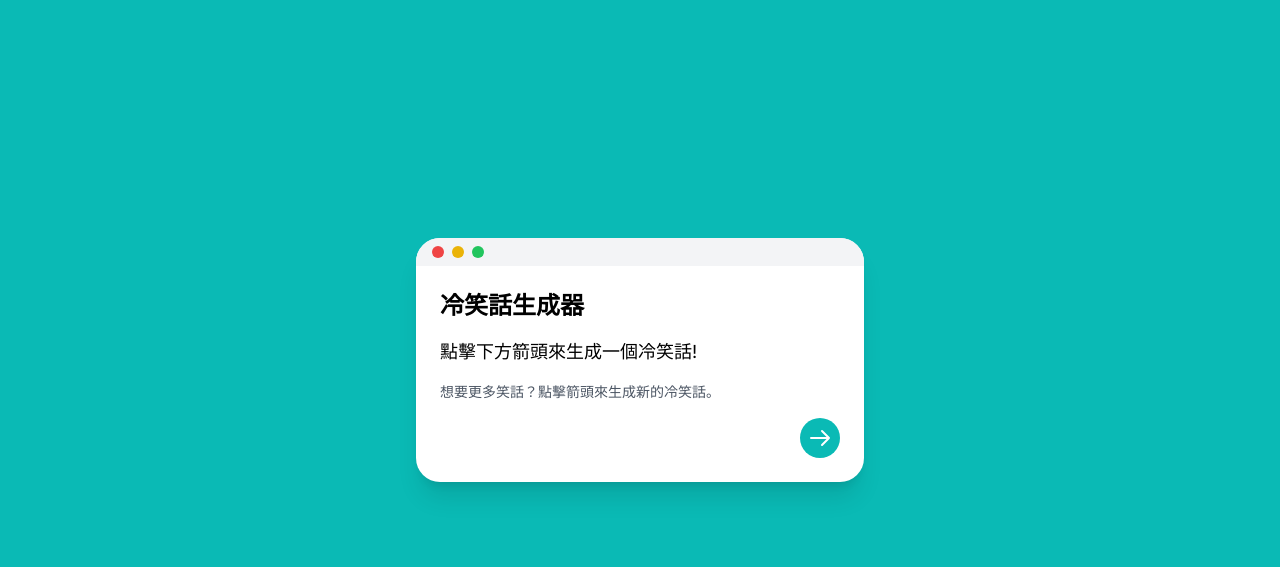
Repository: a7351220/joke-generator
Page: /
An editor plug-in stored every save of this project. The page is shown before and after the next save, followed by the edit.
The browser window is 1280 px wide. The pictures show the whole page.
The project was rebuilt for these pictures with package versions that can differ from the ones it lists, and the page was loaded fresh each time. The framework's server and built-in components were replaced by stand-ins that run in the browser. Also part of the build but not shown: next.config.mjs.

Above is the page before, as saved 2024-07-05 00:00:02.

### src/app/layout.tsx
import type { Metadata } from "next";
import { Inter } from "next/font/google";
import "./globals.css";

const inter = Inter({ subsets: ["latin"] });

export const metadata: Metadata = {
  title: "Joke Generator",
  description: "Generated by Joke Generator",
};

export default function RootLayout({
  children,
}: Readonly<{
  children: React.ReactNode;
}>) {
  return (
    <html lang="en">
      <body className={inter.className}>{children}</body>
    </html>
  );
}

### src/app/page.tsx
import JokeGenerator from '../components/JokeGenerator';

export default function Home() {
  return <JokeGenerator />;
}

### src/components/JokeGenerator.tsx
'use client';

import { useState } from 'react';
import jokeAPIs from '../utils/jokeAPIs';

export default function JokeGenerator() {
  const [joke, setJoke] = useState<string>('點擊下方箭頭來生成一個冷笑話!');
  const [isLoading, setIsLoading] = useState<boolean>(false);

  const generateJoke = async () => {
    setIsLoading(true);
    try {
      // 隨機選擇一個API來源
      const api = jokeAPIs[Math.floor(Math.random() * jokeAPIs.length)];
      const response = await fetch(api.url, { headers: api.headers });
      const data = await response.json();

      setJoke(api.extract(data));
    } catch (error) {
      console.error('獲取笑話時出錯:', error);
      setJoke('網絡開小差了，冷笑話生成器需要休息一下。');
    } finally {
      setIsLoading(false);
    }
  };

  return (
    <div className="flex items-center justify-center min-h-screen bg-[#0abab5]">
      <div className="bg-white rounded-3xl shadow-xl w-full max-w-md overflow-hidden">
        <div className="px-4 py-2 bg-gray-100 flex items-center space-x-2">
          <div className="w-3 h-3 rounded-full bg-red-500"></div>
          <div className="w-3 h-3 rounded-full bg-yellow-500"></div>
          <div className="w-3 h-3 rounded-full bg-green-500"></div>
        </div>
        <div className="p-6">
          <h1 className="text-2xl font-bold mb-4">冷笑話生成器</h1>
          <p className="text-lg mb-4">{joke}</p>
          <p className="text-sm text-gray-600 mb-4">
            {isLoading ? '生成中...' : '想要更多笑話？點擊箭頭來生成新的冷笑話。'}
          </p>
          <div className="flex justify-end items-center">
            <button
              onClick={generateJoke}
              disabled={isLoading}
              className="bg-[#0abab5] hover:bg-[#08a29d] text-white p-2 rounded-full transition duration-300"
            >
              <svg xmlns="http://www.w3.org/2000/svg" className="h-6 w-6" fill="none" viewBox="0 0 24 24" stroke="currentColor">
                <path strokeLinecap="round" strokeLinejoin="round" strokeWidth={2} d="M14 5l7 7m0 0l-7 7m7-7H3" />
              </svg>
            </button>
          </div>
        </div>
      </div>
    </div>
  );
}

### src/utils/jokeAPIs.ts
// jokeAPIs.ts

export interface JokeAPI {
    url: string;
    extract: (data: any) => string;
    headers?: Record<string, string>;
  }

  const jokeAPIs: JokeAPI[] = [
    {
      url: 'https://v2.jokeapi.dev/joke/Any?type=single',
      extract: (data: any) => data.joke
    },
    {
      url: 'https://official-joke-api.appspot.com/random_joke',
      extract: (data: any) => `${data.setup} ${data.punchline}`
    },
    {
      url: 'https://icanhazdadjoke.com/',
      extract: (data: any) => data.joke,
      headers: { 'Accept': 'application/json' }
    }
  ];

  export default jokeAPIs;

### tailwind.config.ts
import type { Config } from "tailwindcss";

const config: Config = {
  content: [
    "./src/pages/**/*.{js,ts,jsx,tsx,mdx}",
    "./src/components/**/*.{js,ts,jsx,tsx,mdx}",
    "./src/app/**/*.{js,ts,jsx,tsx,mdx}",
  ],
  theme: {
    extend: {
      backgroundImage: {
        "gradient-radial": "radial-gradient(var(--tw-gradient-stops))",
        "gradient-conic":
          "conic-gradient(from 180deg at 50% 50%, var(--tw-gradient-stops))",
      },
      colors: {
        tiffany: '#0abab5',
      },
    },
  },
  plugins: [],
};
export default config;

Loaded but not shown: src/app/globals.css (common file)

After the next save:
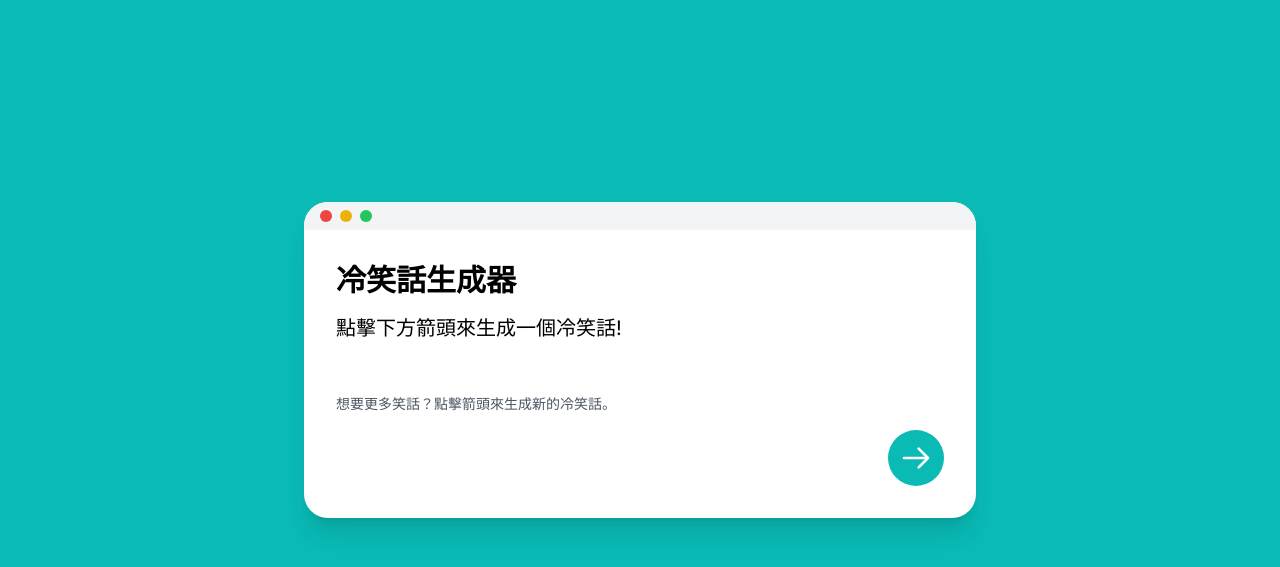
Saved 19 s later.
--- a/src/components/JokeGenerator.tsx
+++ b/src/components/JokeGenerator.tsx
@@ -10,7 +10,6 @@ export default function JokeGenerator() {
   const generateJoke = async () => {
     setIsLoading(true);
     try {
-      // 隨機選擇一個API來源
       const api = jokeAPIs[Math.floor(Math.random() * jokeAPIs.length)];
       const response = await fetch(api.url, { headers: api.headers });
       const data = await response.json();
@@ -25,26 +24,26 @@ export default function JokeGenerator() {
   };
 
   return (
-    <div className="flex items-center justify-center min-h-screen bg-[#0abab5]">
-      <div className="bg-white rounded-3xl shadow-xl w-full max-w-md overflow-hidden">
+    <div className="flex items-center justify-center min-h-screen bg-[#0abab5] p-4">
+      <div className="bg-white rounded-3xl shadow-xl w-full max-w-md sm:max-w-lg md:max-w-xl lg:max-w-2xl overflow-hidden">
         <div className="px-4 py-2 bg-gray-100 flex items-center space-x-2">
           <div className="w-3 h-3 rounded-full bg-red-500"></div>
           <div className="w-3 h-3 rounded-full bg-yellow-500"></div>
           <div className="w-3 h-3 rounded-full bg-green-500"></div>
         </div>
-        <div className="p-6">
-          <h1 className="text-2xl font-bold mb-4">冷笑話生成器</h1>
-          <p className="text-lg mb-4">{joke}</p>
-          <p className="text-sm text-gray-600 mb-4">
+        <div className="p-4 sm:p-6 md:p-8">
+          <h1 className="text-xl sm:text-2xl md:text-3xl font-bold mb-4">冷笑話生成器</h1>
+          <p className="text-base sm:text-lg md:text-xl mb-4 min-h-[4rem]">{joke}</p>
+          <p className="text-xs sm:text-sm text-gray-600 mb-4">
             {isLoading ? '生成中...' : '想要更多笑話？點擊箭頭來生成新的冷笑話。'}
           </p>
           <div className="flex justify-end items-center">
             <button
               onClick={generateJoke}
               disabled={isLoading}
-              className="bg-[#0abab5] hover:bg-[#08a29d] text-white p-2 rounded-full transition duration-300"
+              className="bg-[#0abab5] hover:bg-[#08a29d] text-white p-2 sm:p-3 rounded-full transition duration-300"
             >
-              <svg xmlns="http://www.w3.org/2000/svg" className="h-6 w-6" fill="none" viewBox="0 0 24 24" stroke="currentColor">
+              <svg xmlns="http://www.w3.org/2000/svg" className="h-6 w-6 sm:h-8 sm:w-8" fill="none" viewBox="0 0 24 24" stroke="currentColor">
                 <path strokeLinecap="round" strokeLinejoin="round" strokeWidth={2} d="M14 5l7 7m0 0l-7 7m7-7H3" />
               </svg>
             </button>
